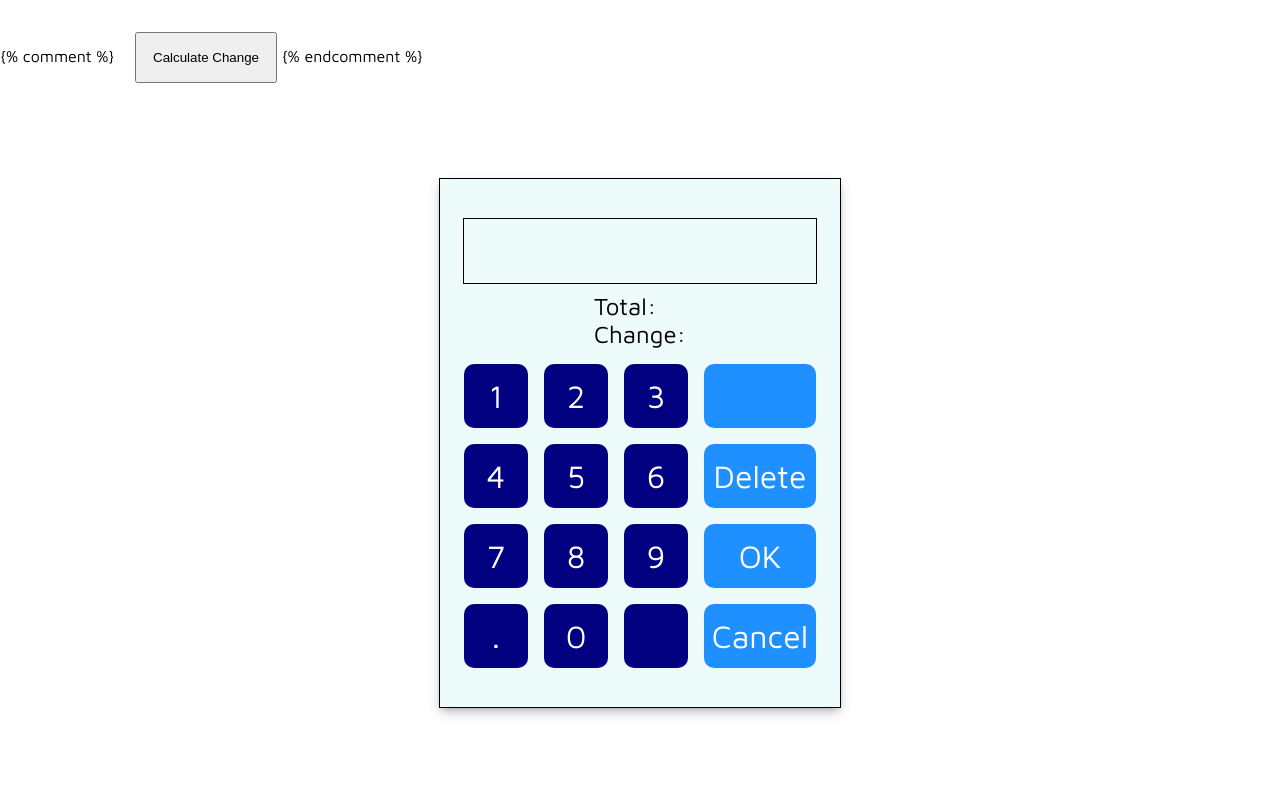
Repository: Dapravith/Midterm-SE-GIC-Cafe-Project-Group16
Page: src/main/resources/templates/changeCalculate.html
The author's editor kept a copy of each file at every save. The page is drawn from the files as they stood at one save, then again after the next save.
The browser window is 1280 px wide. The pictures show the whole page.

Above is the page before, as saved 2023-05-12 17:13:57.

After the next save:
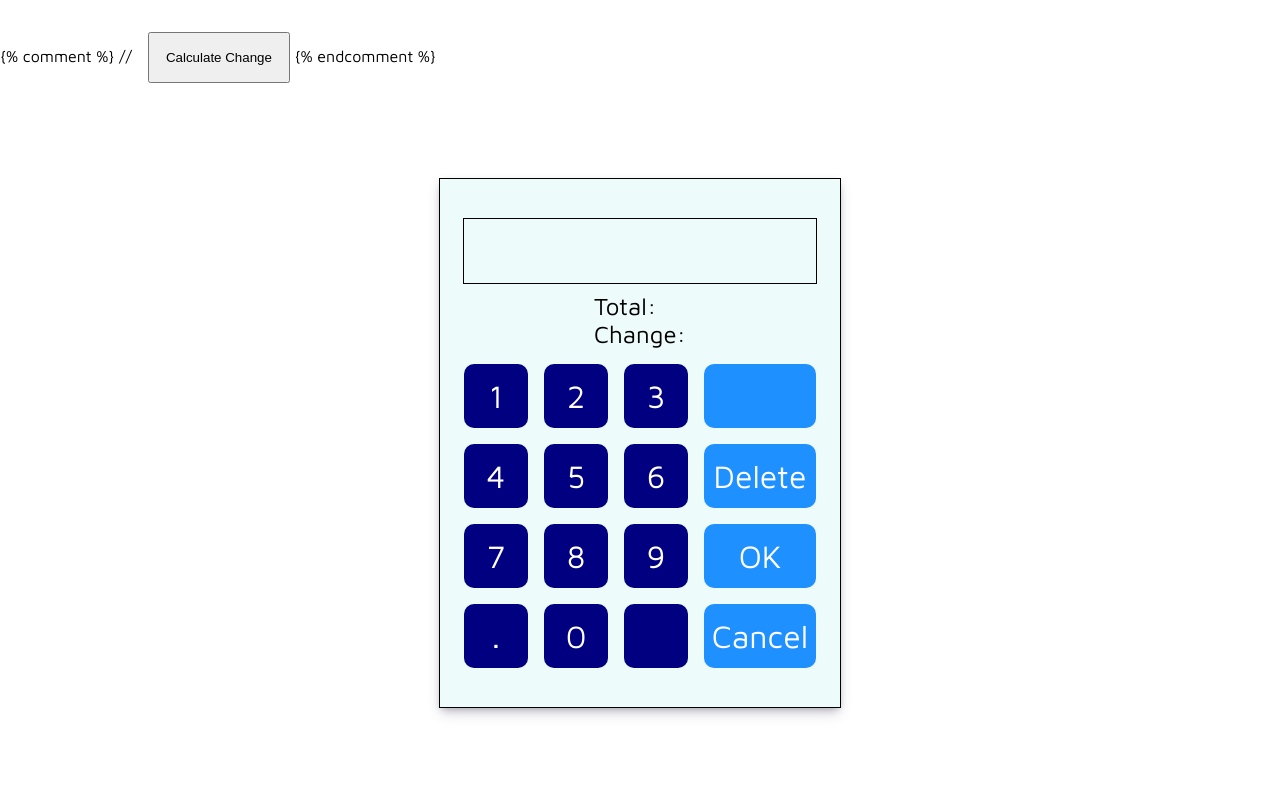
Saved 51 s later.
--- a/src/main/resources/templates/changeCalculate.html
+++ b/src/main/resources/templates/changeCalculate.html
@@ -148,9 +148,10 @@
   </head>
   <body>
     <div class="popup_button">
-      {% comment %}
-      <button onclick="calculateChange()">Calculate Change</button> {%
-      endcomment %}
+      {% comment %} //<button onclick="calculateChange()">
+        Calculate Change
+      </button>
+      {% endcomment %}
     </div>
 
     <div class="main_wrapper">
